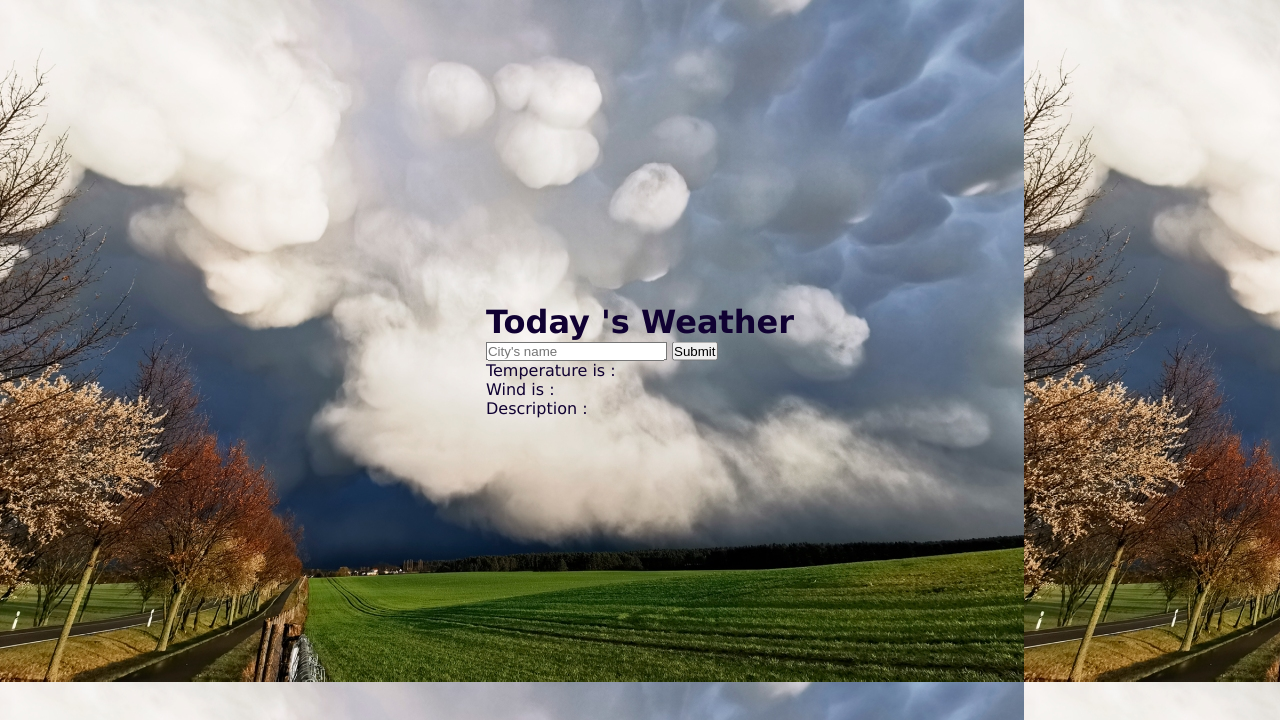
Repository: heartbreathing/searchWeather
Page: index.html
The author's editor kept a copy of each file at every save. The page is drawn from the files as they stood at one save, then again after the next save.
The browser window is 1280 px wide. The pictures show the whole page.

Above is the page before, as saved 2022-11-06 22:38:02.

### index.html
<!DOCTYPE html>
<html lang="en">
  <head>
    <meta charset="UTF-8" />
    <meta http-equiv="X-UA-Compatible" content="IE=edge" />
    <meta name="viewport" content="width=device-width, initial-scale=1.0" />
    <title>search_weather</title>
    <link rel="stylesheet" href="index.css">
  </head>
  <body>
    <div class="content">
      <h1><span class="name">Today</span> 's Weather</h1>
      <form class="form">
        <input type="text" name="name" placeholder="City's name" />
        <button type="submit">Submit</button>
      </form>
      <p class="row">Temperature is : <span class="temperature"></span></p>
      <p class="row">Wind is :<span class="wind"></span></p>
      <p class="row">Description :<span class="description"></span></p>
    </div>

  <script src="index.js"></script>


  </body>
</html>

### index.css
* {
    margin: 0;
    padding: 0;
    box-sizing: border-box ;
}
body {
    background-image: url(./image/background_image.jpg) ;
    font-family: 'Lucida Sans', 'Lucida Sans Regular', 'Lucida Grande', 'Lucida Sans Unicode', Geneva, Verdana, sans-serif ;
    color: rgb(16, 1, 50);
}
.content {
    position: absolute;
    display: block;
    width: ;
    top:50%;
    left:50%;
    transform: translate(-50%, -50%);
}

### index.js
    "use strict";
      let form = document.querySelector('.form');
      let city;

      async function getData() {
        let res = await fetch(
          `https://goweather.herokuapp.com/weather/${city}`
        );
        const data = await res.json();

        const temp = document.querySelector('.temperature');
        const wind = document.querySelector('.wind');
        const forecast = document.querySelector('.content');
        const description = document.querySelector('.description');
        // const name = document.querySelector('.name')

        temp.innerHTML = data.temperature;
        wind.innerHTML = data.wind;
        description.innerHTML = data.description;
        // name.innerHTML = city

      }

      form.addEventListener('submit', function (event) {
        event.preventDefault();
        city = this.elements.name.value;
        getData();
      });

After the next save:
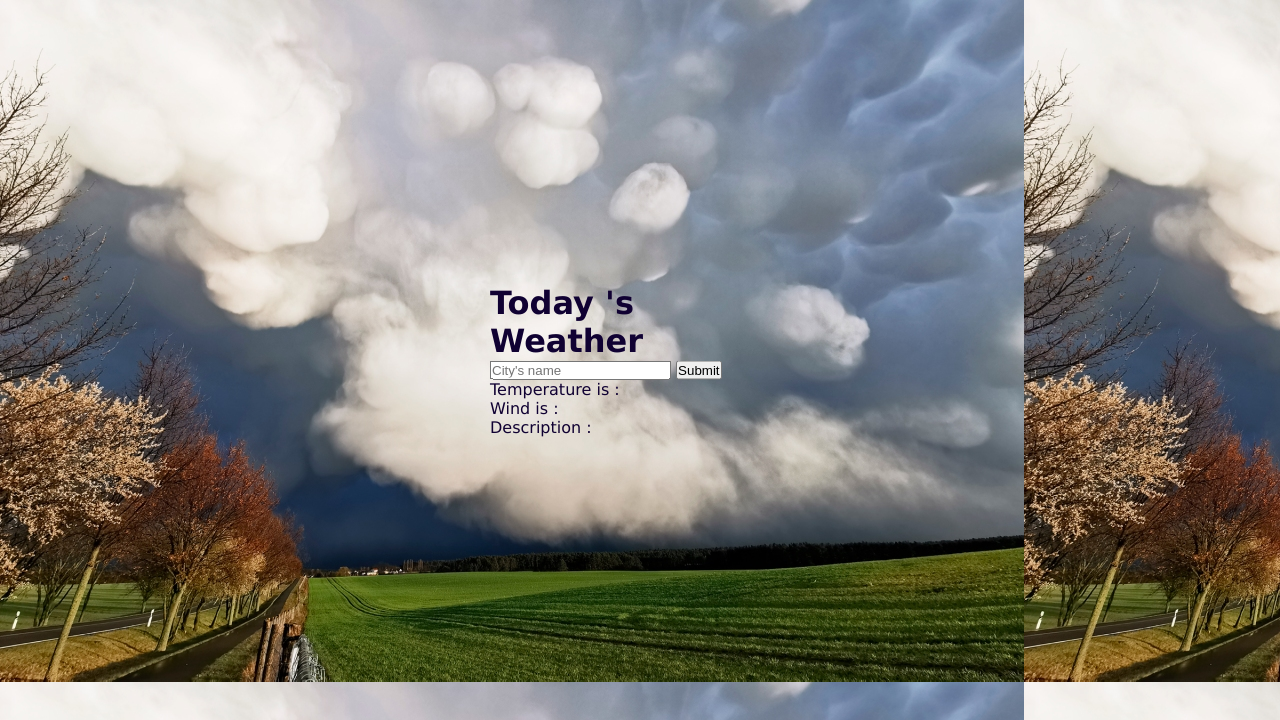
Saved 6 s later.
--- a/index.css
+++ b/index.css
@@ -11,7 +11,7 @@ body {
 .content {
     position: absolute;
     display: block;
-    width: ;
+    width: 300px;
     top:50%;
     left:50%;
     transform: translate(-50%, -50%);
